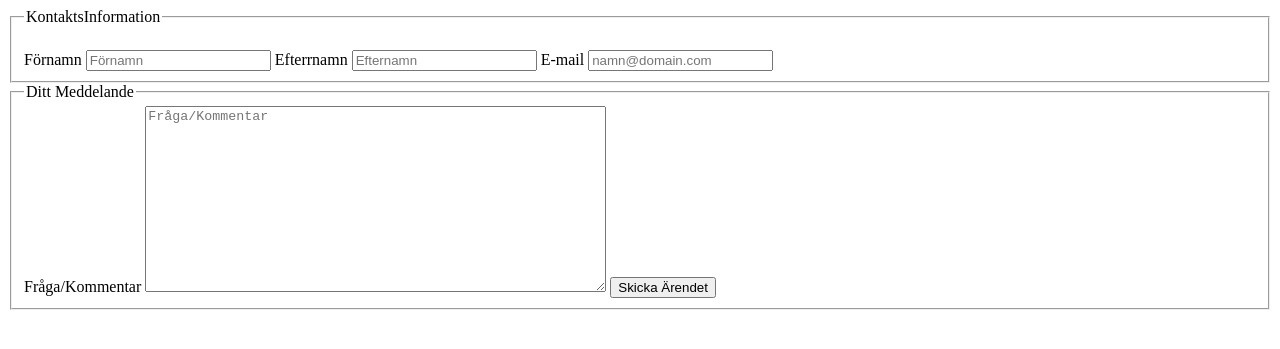
Repository: dn222em/1ik415-laborationer
Page: pages/Kontakt.html
The author's editor kept a record of every edit. The page is drawn from the files as they stood at one moment, then again after the next edit.
The browser window is 1280 px wide. The pictures show the whole page.

Above is the page before.

After the next edit:
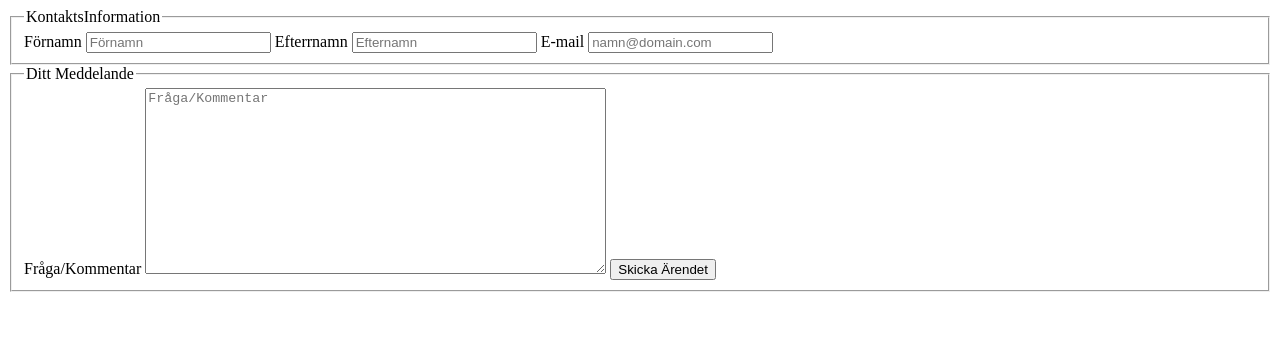
The edit:
--- a/pages/Kontakt.html
+++ b/pages/Kontakt.html
@@ -9,7 +9,7 @@
 <form metod="post" action="script.php">
    <fieldset>
        <legend>KontaktsInformation</legend>
-               <br> Förnamn
+            Förnamn
             <input required placeholder="Förnamn" maxlength="13" type="text" name="namn">
                     Efterrnamn
             <input required placeholder="Efternamn" maxlength="26" type="Text" name="efternamn">

After the 4 edits that followed:
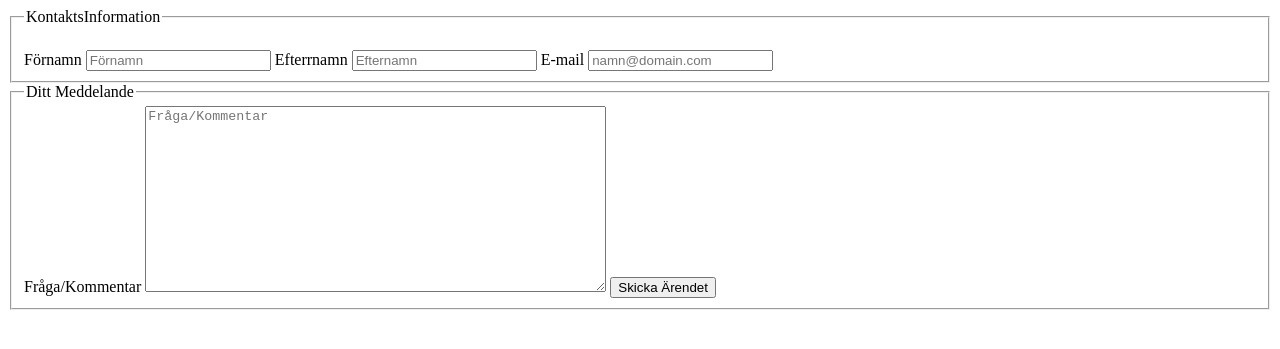
The 4 edits are shown as one change because 3 left the picture as it was.
The edit:
--- a/pages/Kontakt.html
+++ b/pages/Kontakt.html
@@ -6,16 +6,16 @@
 </head>
 <body>
 
-<form metod="post" action="script.php">
+<form metod="post" action="http://voyager.lnu.se/tekinet/kurser/dtt/wp_webbintro/form.php">
    <fieldset>
        <legend>KontaktsInformation</legend>
-            Förnamn
+                   <br>Förnamn
             <input required placeholder="Förnamn" maxlength="13" type="text" name="namn">
                     Efterrnamn
             <input required placeholder="Efternamn" maxlength="26" type="Text" name="efternamn">
                     E-mail
             <input required placeholder="namn@domain.com" type="email" name="email">
-            </br>
+
     </fieldset>
 
     <fieldset>
